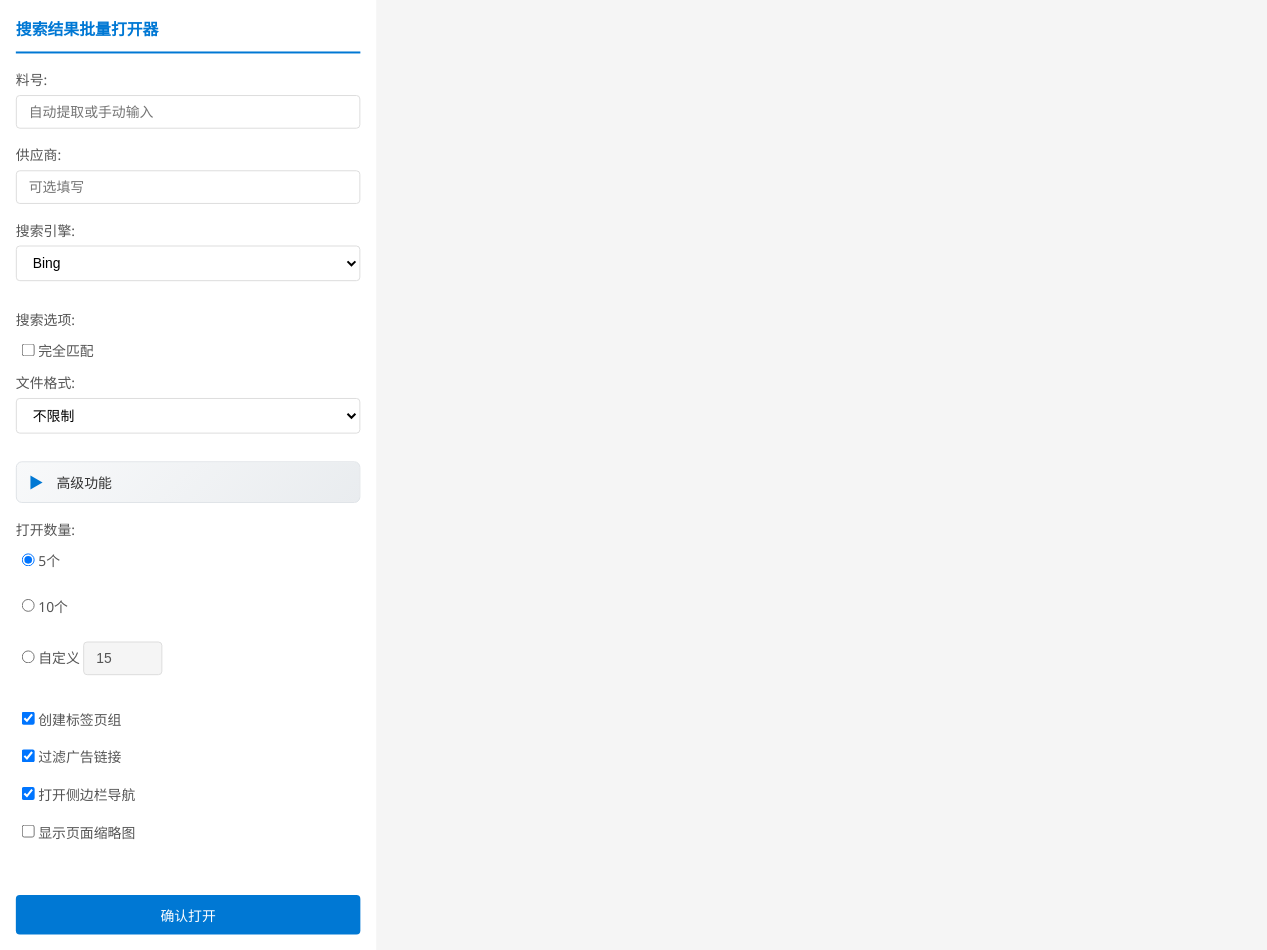
Repository: wofa24/search-result-opener
Page: search-result-opener/popup.html
The author's editor kept a copy of each file at every save. The page is drawn from the files as they stood at one save, then again after the next save.
The browser window is 1280 px wide. The pictures show the whole page, at 99% of full size.

Above is the page before, as saved 2026-04-03 06:34:00.

### search-result-opener/popup.html
<!DOCTYPE html>
<html lang="zh-CN">
<head>
  <meta charset="UTF-8">
  <meta name="viewport" content="width=device-width, initial-scale=1.0">
  <title>搜索结果批量打开器</title>
  <link rel="stylesheet" href="popup.css">
</head>
<body>
  <div class="container">
    <div class="header">
      <h2>搜索结果批量打开器</h2>
    </div>

    <div class="form-group">
      <label for="partNumber">料号:</label>
      <input type="text" id="partNumber" placeholder="自动提取或手动输入">
    </div>

    <div class="form-group">
      <label for="supplier">供应商:</label>
      <input type="text" id="supplier" placeholder="可选填写">
    </div>

    <div class="form-group">
      <label for="searchEngine">搜索引擎:</label>
      <select id="searchEngine" class="select-input">
        <option value="bing">Bing</option>
        <option value="google">Google</option>
      </select>
    </div>

    <div class="form-group">
      <label>搜索选项:</label>
      <label class="checkbox-label">
        <input type="checkbox" id="exactMatch">
        <span>完全匹配</span>
      </label>

      <label for="fileType">文件格式:</label>
      <select id="fileType" class="select-input">
        <option value="none">不限制</option>
        <option value="pdf">PDF</option>
        <option value="doc">DOC/DOCX</option>
        <option value="xls">XLS/XLSX</option>
        <option value="image">图片(JPG/PNG)</option>
      </select>
    </div>

    <div class="form-group">
      <div class="advanced-toggle" id="advancedToggle">
        <span class="toggle-icon">▶</span>
        <span>高级功能</span>
      </div>

      <div class="advanced-options" id="advancedOptions" style="display: none;">
        <label for="siteLimit">站点限定:</label>
        <select id="siteLimit" class="select-input">
          <option value="none">不限制</option>
          <option value="alibaba">阿里巴巴(1688.com)</option>
          <option value="taobao">淘宝(taobao.com)</option>
          <option value="jd">京东(jd.com)</option>
          <option value="tmall">天猫(tmall.com)</option>
        </select>

        <label for="excludeSite">排除站点:</label>
        <select id="excludeSite" class="select-input">
          <option value="none">无</option>
          <option value="forums">论坛/博客</option>
          <option value="qa">问答网站(知乎/百度知道)</option>
        </select>
      </div>
    </div>

    <div class="form-group">
      <label>打开数量:</label>
      <div class="radio-group">
        <label class="radio-label">
          <input type="radio" name="count" value="5" checked>
          <span>5个</span>
        </label>
        <label class="radio-label">
          <input type="radio" name="count" value="10">
          <span>10个</span>
        </label>
        <label class="radio-label">
          <input type="radio" name="count" value="custom">
          <span>自定义</span>
          <input type="number" id="customCount" min="1" max="50" value="15" disabled>
        </label>
      </div>
    </div>

    <div class="form-group">
      <label class="checkbox-label">
        <input type="checkbox" id="createGroup" checked>
        <span>创建标签页组</span>
      </label>
      <label class="checkbox-label">
        <input type="checkbox" id="filterAds" checked>
        <span>过滤广告链接</span>
      </label>
      <label class="checkbox-label">
        <input type="checkbox" id="openSidebar" checked>
        <span>打开侧边栏导航</span>
      </label>
      <label class="checkbox-label">
        <input type="checkbox" id="showThumbnails">
        <span>显示页面缩略图</span>
      </label>
    </div>

    <div class="status" id="status"></div>

    <div class="button-group">
      <button id="confirmBtn" class="btn btn-primary">确认打开</button>
    </div>
  </div>

  <script src="popup.js"></script>
</body>
</html>

### search-result-opener/popup.css
* {
  margin: 0;
  padding: 0;
  box-sizing: border-box;
}

body {
  width: 380px;
  font-family: 'Microsoft YaHei', 'Segoe UI', Arial, sans-serif;
  font-size: 14px;
  color: #333;
  background: #f5f5f5;
}

.container {
  padding: 16px;
  background: white;
}

.header {
  margin-bottom: 16px;
  padding-bottom: 12px;
  border-bottom: 2px solid #0078d4;
}

.header h2 {
  font-size: 16px;
  color: #0078d4;
  font-weight: 600;
}

.form-group {
  margin-bottom: 16px;
}

.form-group label {
  display: block;
  margin-bottom: 6px;
  font-weight: 500;
  color: #555;
}

.form-group input[type="text"],
.form-group input[type="number"] {
  width: 100%;
  padding: 8px 12px;
  border: 1px solid #ddd;
  border-radius: 4px;
  font-size: 14px;
  transition: border-color 0.3s;
}

.form-group input[type="text"]:focus,
.form-group input[type="number"]:focus {
  outline: none;
  border-color: #0078d4;
}

.radio-group {
  display: flex;
  flex-direction: column;
  gap: 8px;
}

.radio-label {
  display: flex;
  align-items: center;
  gap: 8px;
  cursor: pointer;
  padding: 6px;
  border-radius: 4px;
  transition: background-color 0.2s;
}

.radio-label:hover {
  background-color: #f0f0f0;
}

.radio-label input[type="radio"] {
  cursor: pointer;
}

.radio-label span {
  flex-shrink: 0;
}

.radio-label input[type="number"] {
  width: 80px;
  margin-left: auto;
}

.radio-label input[type="number"]:disabled {
  background-color: #f5f5f5;
  cursor: not-allowed;
}

.checkbox-label {
  display: flex;
  align-items: center;
  gap: 8px;
  margin-bottom: 8px;
  cursor: pointer;
  padding: 6px;
  border-radius: 4px;
  transition: background-color 0.2s;
}

.checkbox-label:hover {
  background-color: #f0f0f0;
}

.checkbox-label input[type="checkbox"] {
  cursor: pointer;
}

.status {
  min-height: 20px;
  padding: 8px;
  margin-bottom: 12px;
  border-radius: 4px;
  font-size: 13px;
  text-align: center;
}

.status.info {
  background-color: #e3f2fd;
  color: #1976d2;
}

.status.error {
  background-color: #ffebee;
  color: #c62828;
}

.status.success {
  background-color: #e8f5e9;
  color: #2e7d32;
}

.button-group {
  display: flex;
  gap: 8px;
}

.btn {
  flex: 1;
  padding: 10px 16px;
  border: none;
  border-radius: 4px;
  font-size: 14px;
  font-weight: 500;
  cursor: pointer;
  transition: all 0.3s;
}

.btn-primary {
  background-color: #0078d4;
  color: white;
}

.btn-primary:hover {
  background-color: #005a9e;
}

.btn-primary:active {
  transform: scale(0.98);
}

.btn:disabled {
  background-color: #ccc;
  cursor: not-allowed;
}

/* 下拉选择框样式 */
.select-input {
  width: 100%;
  padding: 8px 12px;
  border: 1px solid #ddd;
  border-radius: 4px;
  font-size: 14px;
  background-color: white;
  cursor: pointer;
  transition: border-color 0.3s;
  margin-bottom: 12px;
}

.select-input:focus {
  outline: none;
  border-color: #0078d4;
}

.select-input:hover {
  border-color: #0078d4;
}

/* 高级功能折叠区域 */
.advanced-toggle {
  cursor: pointer;
  padding: 10px 12px;
  background: linear-gradient(135deg, #f8f9fa 0%, #e9ecef 100%);
  border: 1px solid #dee2e6;
  border-radius: 6px;
  margin-bottom: 12px;
  user-select: none;
  display: flex;
  align-items: center;
  transition: all 0.3s;
}

.advanced-toggle:hover {
  background: linear-gradient(135deg, #e9ecef 0%, #dee2e6 100%);
  border-color: #0078d4;
  transform: translateX(2px);
}

.toggle-icon {
  display: inline-block;
  width: 20px;
  font-weight: bold;
  color: #0078d4;
  transition: transform 0.3s;
  margin-right: 8px;
}

.advanced-toggle.expanded .toggle-icon {
  transform: rotate(90deg);
}

.advanced-options {
  padding: 12px;
  margin-top: 8px;
  margin-bottom: 12px;
  border-left: 3px solid #0078d4;
  background: #f8f9fa;
  border-radius: 0 4px 4px 0;
  animation: slideDown 0.3s ease-out;
}

@keyframes slideDown {
  from {
    opacity: 0;
    max-height: 0;
    padding-top: 0;
    padding-bottom: 0;
  }
  to {
    opacity: 1;
    max-height: 500px;
    padding-top: 12px;
    padding-bottom: 12px;
  }
}

.advanced-options label {
  display: block;
  margin-bottom: 6px;
  font-weight: 500;
  color: #555;
  font-size: 13px;
}

### search-result-opener/popup.js
// 页面加载时初始化
document.addEventListener('DOMContentLoaded', async () => {
  // 加载搜索信息
  await loadSearchInfo();

  // 设置事件监听器
  setupEventListeners();
});

// 加载搜索信息
async function loadSearchInfo() {
  try {
    const [tab] = await chrome.tabs.query({ active: true, currentWindow: true });

    // 尝试从当前页面获取搜索信息（如果在搜索结果页）
    if (isSearchPage(tab.url)) {
      // 等待一下让content script加载
      await new Promise(resolve => setTimeout(resolve, 100));

      // 从content script获取搜索信息
      chrome.tabs.sendMessage(tab.id, { action: 'getSearchQuery' }, (response) => {
        if (chrome.runtime.lastError) {
          console.error('Error:', chrome.runtime.lastError);
          return;
        }

        if (response && response.query) {
          const words = response.query.trim().split(/\s+/);

          // 第一个词作为料号
          document.getElementById('partNumber').value = words[0] || '';

          // 其余词作为供应商
          document.getElementById('supplier').value = words.slice(1).join(' ') || '';
        }
      });
    }

    // 不再限制必须在搜索页面使用
    showStatus('请输入料号开始搜索', 'info');
  } catch (error) {
    console.error('Error loading search info:', error);
  }
}

// 检查是否是搜索页面
function isSearchPage(url) {
  return url.includes('bing.com') ||
         url.includes('google.com') ||
         url.includes('google.com.hk');
}

// 设置事件监听器
function setupEventListeners() {
  // 自定义数量单选按钮
  const customRadio = document.querySelector('input[value="custom"]');
  const customCountInput = document.getElementById('customCount');

  document.querySelectorAll('input[name="count"]').forEach(radio => {
    radio.addEventListener('change', (e) => {
      customCountInput.disabled = e.target.value !== 'custom';
    });
  });

  // 高级功能折叠/展开
  document.getElementById('advancedToggle').addEventListener('click', () => {
    const options = document.getElementById('advancedOptions');
    const toggle = document.getElementById('advancedToggle');
    const icon = document.querySelector('.toggle-icon');

    if (options.style.display === 'none') {
      options.style.display = 'block';
      icon.textContent = '▼';
      toggle.classList.add('expanded');
    } else {
      options.style.display = 'none';
      icon.textContent = '▶';
      toggle.classList.remove('expanded');
    }
  });

  // 确认按钮
  document.getElementById('confirmBtn').addEventListener('click', handleConfirm);
}

// 处理确认按钮点击
async function handleConfirm() {
  const partNumber = document.getElementById('partNumber').value.trim();
  const supplier = document.getElementById('supplier').value.trim();

  if (!partNumber) {
    showStatus('请输入料号', 'error');
    return;
  }

  // 获取选择的数量
  const count = getSelectedCount();

  // 获取选项
  const createGroup = document.getElementById('createGroup').checked;
  const filterAds = document.getElementById('filterAds').checked;
  const openSidebar = document.getElementById('openSidebar').checked;

  // 禁用按钮，显示加载状态
  const btn = document.getElementById('confirmBtn');
  btn.disabled = true;

  try {
    const [tab] = await chrome.tabs.query({ active: true, currentWindow: true });

    // 检查是否在搜索结果页
    const isOnSearchResultPage = tab.url.includes('/search?q=') || tab.url.includes('/search?');

    if (!isOnSearchResultPage) {
      // 不在搜索结果页，先执行搜索
      showStatus('正在搜索...', 'info');
      await performSearch(tab.id, partNumber, supplier, count, createGroup, filterAds, openSidebar);
    } else {
      // 已经在搜索结果页，直接提取
      showStatus('正在提取搜索结果...', 'info');
      await extractAndOpen(tab.id, partNumber, supplier, count, createGroup, filterAds, openSidebar);
    }
  } catch (error) {
    showStatus('发生错误: ' + error.message, 'error');
    btn.disabled = false;
  }
}

// 构建搜索查询
function buildSearchQuery(partNumber, supplier) {
  // 获取搜索选项
  const exactMatch = document.getElementById('exactMatch').checked;
  const fileType = document.getElementById('fileType').value;
  const siteLimit = document.getElementById('siteLimit').value;
  const excludeSite = document.getElementById('excludeSite').value;

  let query = '';

  // 1. 处理料号（完全匹配）
  if (exactMatch) {
    query = `"${partNumber}"`;
  } else {
    query = partNumber;
  }

  // 2. 添加供应商
  if (supplier) {
    query += ` ${supplier}`;
  }

  // 3. 添加文件格式
  if (fileType && fileType !== 'none') {
    query += ` ${getFileTypeQuery(fileType)}`;
  }

  // 4. 添加站点限定
  if (siteLimit && siteLimit !== 'none') {
    query += ` ${getSiteLimitQuery(siteLimit)}`;
  }

  // 5. 添加排除站点
  if (excludeSite && excludeSite !== 'none') {
    query += ` ${getExcludeSiteQuery(excludeSite)}`;
  }

  return query.trim();
}

// 获取文件格式查询
function getFileTypeQuery(fileType) {
  const typeMap = {
    'pdf': 'filetype:pdf',
    'doc': '(filetype:doc OR filetype:docx)',
    'xls': '(filetype:xls OR filetype:xlsx)',
    'image': '(filetype:jpg OR filetype:png OR filetype:jpeg)'
  };
  return typeMap[fileType] || '';
}

// 获取站点限定查询
function getSiteLimitQuery(site) {
  const siteMap = {
    'alibaba': 'site:1688.com',
    'taobao': 'site:taobao.com',
    'jd': 'site:jd.com',
    'tmall': 'site:tmall.com'
  };
  return siteMap[site] || '';
}

// 获取排除站点查询
function getExcludeSiteQuery(exclude) {
  const excludeMap = {
    'forums': '-site:bbs.* -site:forum.* -site:tieba.baidu.com',
    'qa': '-site:zhidao.baidu.com -site:zhihu.com -site:wenda.*'
  };
  return excludeMap[exclude] || '';
}

// 执行搜索
async function performSearch(tabId, partNumber, supplier, count, createGroup, filterAds, openSidebar) {
  const searchQuery = buildSearchQuery(partNumber, supplier);

  return new Promise((resolve, reject) => {
    chrome.tabs.sendMessage(tabId, {
      action: 'performSearch',
      query: searchQuery
    }, async (response) => {
      if (chrome.runtime.lastError) {
        showStatus('搜索失败: ' + chrome.runtime.lastError.message, 'error');
        document.getElementById('confirmBtn').disabled = false;
        reject(chrome.runtime.lastError);
        return;
      }

      if (response && response.success) {
        // 等待页面加载和导航完成
        showStatus('等待搜索结果加载...', 'info');

        // 监听标签页更新
        const updateListener = (updatedTabId, changeInfo, updatedTab) => {
          if (updatedTabId === tabId && changeInfo.status === 'complete') {
            chrome.tabs.onUpdated.removeListener(updateListener);

            // 再等待一下确保content script加载
            setTimeout(async () => {
              await extractAndOpen(tabId, partNumber, supplier, count, createGroup, filterAds, openSidebar);
              resolve();
            }, 1000);
          }
        };

        chrome.tabs.onUpdated.addListener(updateListener);

        // 设置超时
        setTimeout(() => {
          chrome.tabs.onUpdated.removeListener(updateListener);
          showStatus('搜索超时，请重试', 'error');
          document.getElementById('confirmBtn').disabled = false;
          reject(new Error('Timeout'));
        }, 10000);
      } else {
        showStatus('搜索失败，请检查页面', 'error');
        document.getElementById('confirmBtn').disabled = false;
        reject(new Error('Search failed'));
      }
    });
  });
}

// 提取链接并打开
async function extractAndOpen(tabId, partNumber, supplier, count, createGroup, filterAds, openSidebar) {
  return new Promise((resolve, reject) => {
    chrome.tabs.sendMessage(tabId, {
      action: 'extractLinks',
      count: count,
      filterAds: filterAds
    }, (response) => {
      if (chrome.runtime.lastError) {
        showStatus('提取失败: ' + chrome.runtime.lastError.message, 'error');
        document.getElementById('confirmBtn').disabled = false;
        reject(chrome.runtime.lastError);
        return;
      }

      if (response && response.links && response.links.length > 0) {
        showStatus(`找到 ${response.links.length} 个结果，正在打开...`, 'info');

        // 获取搜索引擎
        const searchEngine = document.getElementById('searchEngine').value;

        // 获取缩略图选项
        const showThumbnails = document.getElementById('showThumbnails').checked;

        // 发送到background打开链接
        chrome.runtime.sendMessage({
          action: 'openLinks',
          links: response.links,
          partNumber: partNumber,
          supplier: supplier,
          searchEngine: searchEngine,
          createGroup: createGroup,
          openSidebar: openSidebar,
          showThumbnails: showThumbnails
        }, (result) => {
          if (result && result.success) {
            showStatus('成功打开 ' + response.links.length + ' 个页面！', 'success');
            setTimeout(() => window.close(), 1000);
            resolve();
          } else {
            showStatus('打开失败: ' + (result?.error || '未知错误'), 'error');
            document.getElementById('confirmBtn').disabled = false;
            reject(new Error('Open failed'));
          }
        });
      } else {
        showStatus('未找到搜索结果，请检查页面', 'error');
        document.getElementById('confirmBtn').disabled = false;
        reject(new Error('No results'));
      }
    });
  });
}

// 获取选择的数量
function getSelectedCount() {
  const selectedRadio = document.querySelector('input[name="count"]:checked');
  if (selectedRadio.value === 'custom') {
    return parseInt(document.getElementById('customCount').value) || 15;
  }
  return parseInt(selectedRadio.value);
}

// 显示状态消息
function showStatus(message, type = 'info') {
  const statusDiv = document.getElementById('status');
  statusDiv.textContent = message;
  statusDiv.className = 'status ' + type;
}

After the next save:
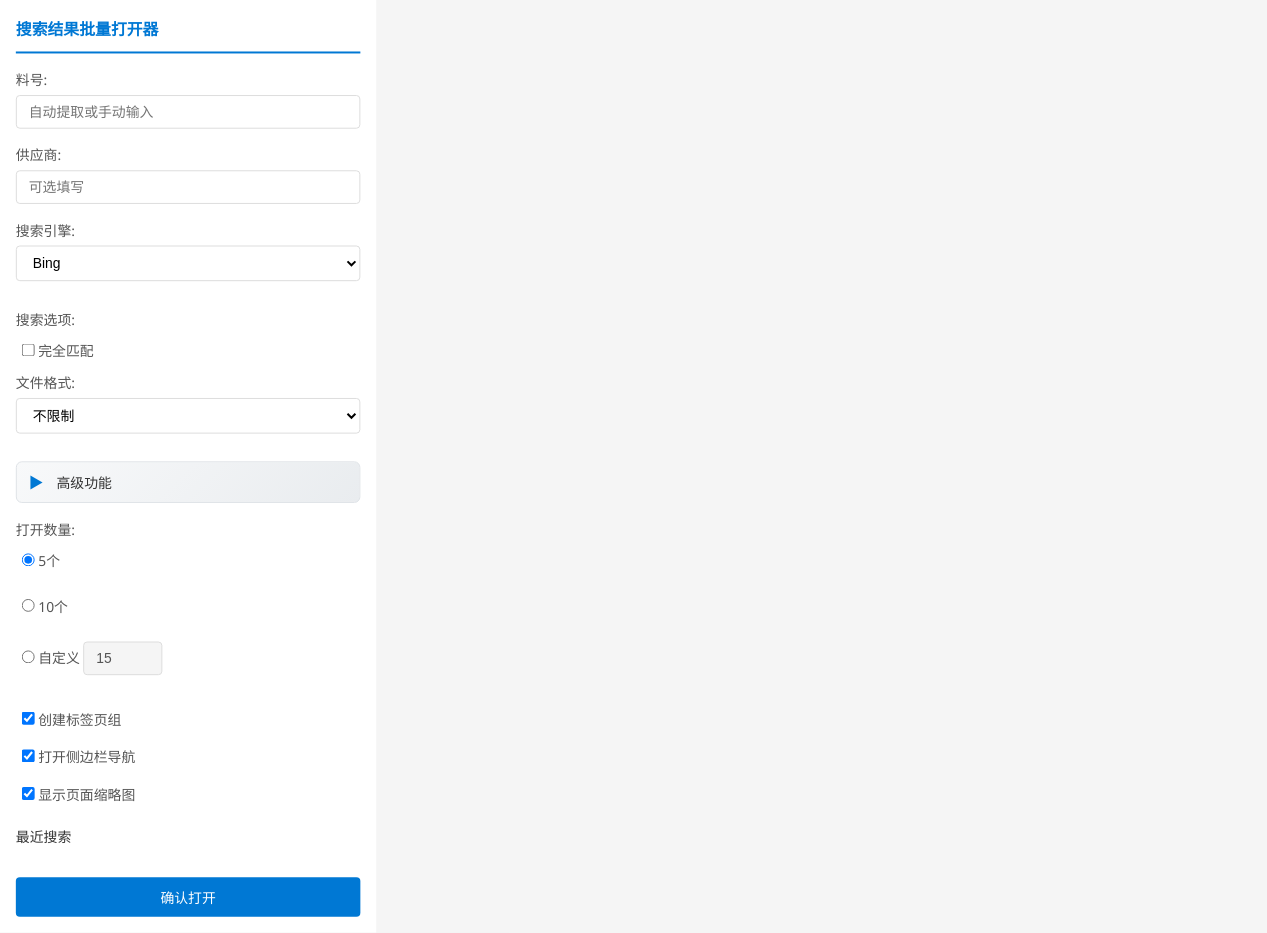
Saved 43 h 17 min later.
--- a/search-result-opener/popup.html
+++ b/search-result-opener/popup.html
@@ -54,21 +54,11 @@
       </div>
 
       <div class="advanced-options" id="advancedOptions" style="display: none;">
-        <label for="siteLimit">站点限定:</label>
-        <select id="siteLimit" class="select-input">
-          <option value="none">不限制</option>
-          <option value="alibaba">阿里巴巴(1688.com)</option>
-          <option value="taobao">淘宝(taobao.com)</option>
-          <option value="jd">京东(jd.com)</option>
-          <option value="tmall">天猫(tmall.com)</option>
-        </select>
+        <label for="siteLimit">限定站点 (如 1688.com, jd.com):</label>
+        <input type="text" id="siteLimit" class="select-input" placeholder="多个以逗号分隔">
 
-        <label for="excludeSite">排除站点:</label>
-        <select id="excludeSite" class="select-input">
-          <option value="none">无</option>
-          <option value="forums">论坛/博客</option>
-          <option value="qa">问答网站(知乎/百度知道)</option>
-        </select>
+        <label for="excludeSite">排除站点 (如 zhihu.com, csdn.net):</label>
+        <input type="text" id="excludeSite" class="select-input" placeholder="多个以逗号分隔">
       </div>
     </div>
 
@@ -97,17 +87,20 @@
         <span>创建标签页组</span>
       </label>
       <label class="checkbox-label">
-        <input type="checkbox" id="filterAds" checked>
-        <span>过滤广告链接</span>
-      </label>
-      <label class="checkbox-label">
         <input type="checkbox" id="openSidebar" checked>
         <span>打开侧边栏导航</span>
       </label>
       <label class="checkbox-label">
-        <input type="checkbox" id="showThumbnails">
+        <input type="checkbox" id="showThumbnails" checked>
         <span>显示页面缩略图</span>
       </label>
+    </div>
+
+    <div class="history-container" id="historyContainer">
+      <div class="history-header">最近搜索</div>
+      <div id="historyList" class="history-list">
+        <!-- 历史记录将通过 JS 动态添加 -->
+      </div>
     </div>
 
     <div class="status" id="status"></div>
